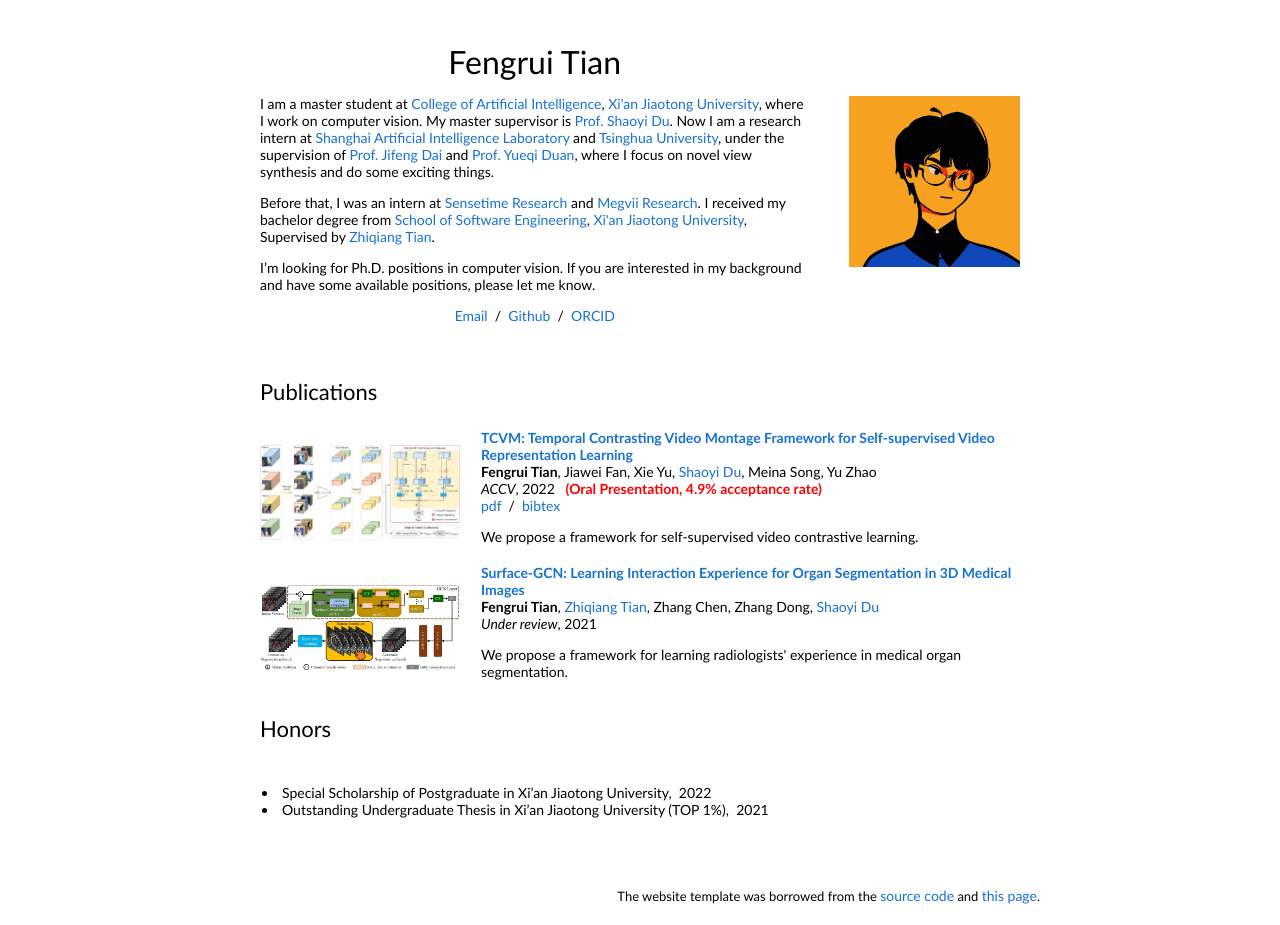
Repository: tianfr/tianfr.github.io
Page: index.html
The author's editor kept a copy of each file at every save. The page is drawn from the files as they stood at one save, then again after the next save.
The browser window is 1280 px wide. The pictures show the whole page.

Above is the page before, as saved 2022-11-20 16:15:07.

After the next save:
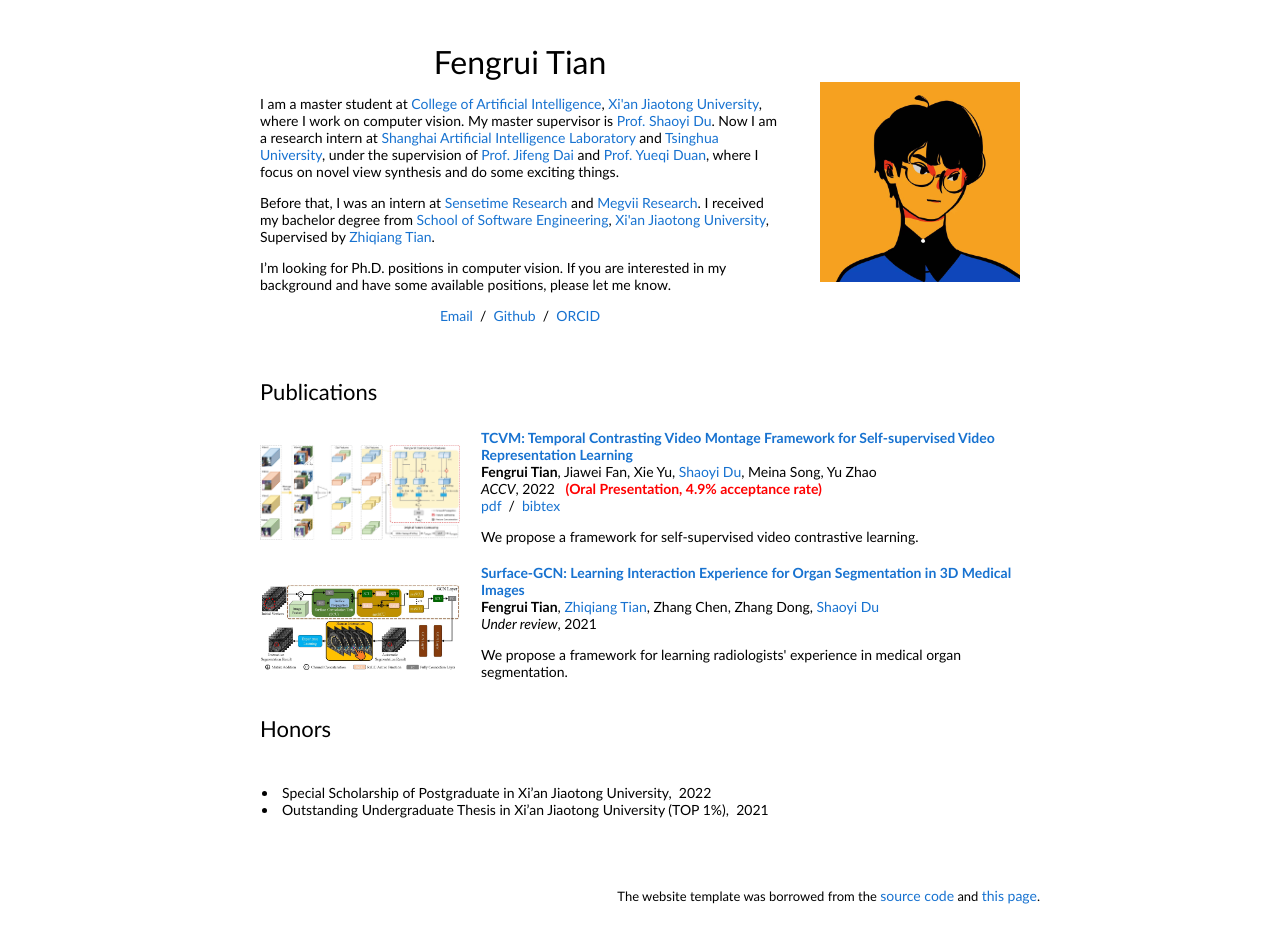
Saved 12 s later.
--- a/index.html
+++ b/index.html
@@ -40,7 +40,7 @@
                 <a href="https://orcid.org/0000-0002-9577-5276">ORCID</a>
               </p>
             </td>
-            <td style="padding:2.5%;width:25%;max-width:40%">
+            <td style="padding:2.5%;width:30%;max-width:40%">
               <a href="images/Fengrui_Tian_avatar.jpg"><img style="width:100%;max-width:100%" alt="profile photo" src="images/Fengrui_Tian_avatar.jpg" class="hoverZoomLink"></a>
             </td>
           </tr>
